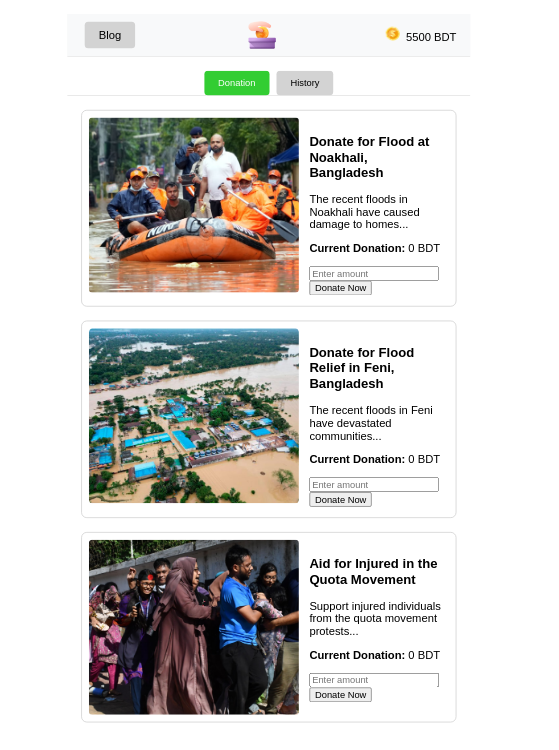
Repository: Aminul-Islam85/Assignment-5
Page: index.html
These files come from the project's save history. The page is drawn as it stood at one moment and after the next save; the edit follows.
The browser window is 768 px wide. The page is 768 px wide, then 798 px, so the pictures cover 798 px, including what lies to the right of the window. The pictures show the part of the page from y = 0 to 2240 px (the page is 1072 px tall before and 2709 px after), at 70% of full size.

Above is the page before, as saved 2024-12-06 20:34:17.

### index.html
<!DOCTYPE html>
<html lang="en">
<head>
  <meta charset="UTF-8">
  <meta name="viewport" content="width=device-width, initial-scale=1.0">
  <title>Donate Bangladesh</title>
  <link rel="stylesheet" href="style.css">
</head>
<div class="content-wrapper">
    <body>
        <header class="navbar">
          <a href="blog.html" class="tab-btn">Blog</a>
          <img src="images/logo.png" alt="Logo" class="logo">
          <div class="balance">
            <img src="images/coin.png" alt="Coin" class="icon">
            <span id="account-balance">5500 BDT</span>
          </div>
        </header>

        <main>
          <div class="tabs">
            <button class="tab-btn active" id="donation-tab">Donation</button>
            <button class="tab-btn" id="history-tab">History</button>
          </div>

          <section id="donation-section">
            <!-- Card 1 -->
            <div class="card">
              <img src="images/noakhali.png" alt="Noakhali" class="card-img">
              <div class="card-content">
                <h3>Donate for Flood at Noakhali, Bangladesh</h3>
                <p>The recent floods in Noakhali have caused damage to homes...</p>
                <p><strong>Current Donation:</strong> <span id="noakhali-donation">0 BDT</span></p>
                <input type="number" id="noakhali-input" placeholder="Enter amount">
                <button class="donate-btn" data-id="noakhali">Donate Now</button>
              </div>
            </div>

            <!-- Card 2 -->
            <div class="card">
              <img src="images/feni.png" alt="Feni" class="card-img">
              <div class="card-content">
                <h3>Donate for Flood Relief in Feni, Bangladesh</h3>
                <p>The recent floods in Feni have devastated communities...</p>
                <p><strong>Current Donation:</strong> <span id="feni-donation">0 BDT</span></p>
                <input type="number" id="feni-input" placeholder="Enter amount">
                <button class="donate-btn" data-id="feni">Donate Now</button>
              </div>
            </div>

            <!-- Card 3 -->
            <div class="card">
              <img src="images/quota-protest.png" alt="Quota Protest" class="card-img">
              <div class="card-content">
                <h3>Aid for Injured in the Quota Movement</h3>
                <p>Support injured individuals from the quota movement protests...</p>
                <p><strong>Current Donation:</strong> <span id="quota-donation">0 BDT</span></p>
                <input type="number" id="quota-input" placeholder="Enter amount">
                <button class="donate-btn" data-id="quota">Donate Now</button>
              </div>
            </div>
          </section>

          <section id="history-section" class="hidden">
            <ul id="history-list"></ul>
          </section>
        </main>

        <div id="modal" class="hidden">
          <div class="modal-content">
            <h2>Congrats!</h2>
            <p>You have donated for humankind successfully.</p>
            <button id="close-modal">Close</button>
          </div>
        </div>

        <script src="script.js" defer></script>
      </body>
</div>
</html>

### style.css
body {
    font-family: Arial, sans-serif;
    margin: 0;
    padding: 0;
  }

  .navbar {
    display: flex;
    justify-content: space-between;
    align-items: center;
    background: #f8f9fa;
    padding: 10px 20px;
    position: sticky;
    top: 0;
    z-index: 1000;
    border-bottom: 1px solid #ddd;
  }

  .logo {
    height: 40px;
  }

  .icon {
    height: 20px;
    margin-right: 5px;
  }

  .tabs {
    display: flex;
    justify-content: center;
    margin: 20px 0;
    position: sticky;
    top: 60px;
    z-index: 999;
    border-bottom: 1px solid #ddd;
  }

  .tab-btn {
    margin: 0 5px;
    padding: 10px 20px;
    border-radius: 5px;
    border: none;
    background: lightgray;
    color: black;
    text-align: center;
    text-decoration: none;
    display: inline-block;
    cursor: pointer;
  }

  .tab-btn:hover {
    background: limegreen;
    color: white;
  }


  .tab-btn.active {
    background: limegreen;
    color: white;
    border-radius: 5px;
  }

  .card {
    display: flex;
    margin: 20px;
    border: 1px solid #ccc;
    border-radius: 8px;
    overflow: hidden;
  }

  .card-img {
    width: 300px;
    height: 250px;
    border-radius: 5px;
    margin-top: 10px;
    margin-bottom: 10px;
    margin-left: 10px;
    object-fit: cover;
  }

  .card-content {
    padding: 15px;
    flex: 1;
  }

  .hidden {
    display: none !important;
  }

  .content-wrapper {
    width: 75%;
    margin: 0 auto;
    padding: 20px 0;
  }

  #modal {
    position: fixed;
    top: 0;
    left: 0;
    right: 0;
    bottom: 0;
    background: rgba(0, 0, 0, 0.5);
    display: flex;
    justify-content: center;
    align-items: center;
    z-index: 1000;
  }

  .modal-content {
    background: white;
    padding: 20px;
    text-align: center;
    border-radius: 8px;
    width: 50%;
  }

### script.js
let accountBalance = 5500;

document.getElementById('donation-tab').addEventListener('click', () => {
  toggleSection('donation');
});

document.getElementById('history-tab').addEventListener('click', () => {
  toggleSection('history');
});

document.querySelectorAll('.donate-btn').forEach(button => {
  button.addEventListener('click', () => {
    const id = button.getAttribute('data-id');
    const input = document.getElementById(`${id}-input`);
    const amount = parseInt(input.value);

    if (isNaN(amount) || amount <= 0) {
      alert('Invalid amount');
      return;
    }

    if (amount > accountBalance) {
      alert('Insufficient balance');
      return;
    }

    accountBalance -= amount;
    document.getElementById('account-balance').textContent = `${accountBalance} BDT`;

    const donation = document.getElementById(`${id}-donation`);
    const currentDonation = parseInt(donation.textContent) || 0;
    donation.textContent = `${currentDonation + amount} BDT`;

    addToHistory(amount, id);

    input.value = '';
    showModal();
  });
});

document.getElementById('close-modal').addEventListener('click', () => {
  const modal = document.getElementById('modal');
  modal.classList.add('hidden');
});

function toggleSection(section) {
  document.getElementById('donation-section').classList.toggle('hidden', section !== 'donation');
  document.getElementById('history-section').classList.toggle('hidden', section !== 'history');
  document.querySelectorAll('.tab-btn').forEach(btn => btn.classList.toggle('active', btn.id.includes(section)));
}

function addToHistory(amount, id) {
  const history = document.getElementById('history-list');
  const item = document.createElement('li');
  const now = new Date();
  const donationName =
    id === 'noakhali' ? 'Flood at Noakhali' :
    id === 'feni' ? 'Flood Relief in Feni' :
    'Aid for Quota Movement';
  item.textContent = `${amount} BDT donated to ${donationName} on ${now.toLocaleString()}`;
  history.appendChild(item);
}

function showModal() {
  document.getElementById('modal').classList.remove('hidden');
}

After the next save:
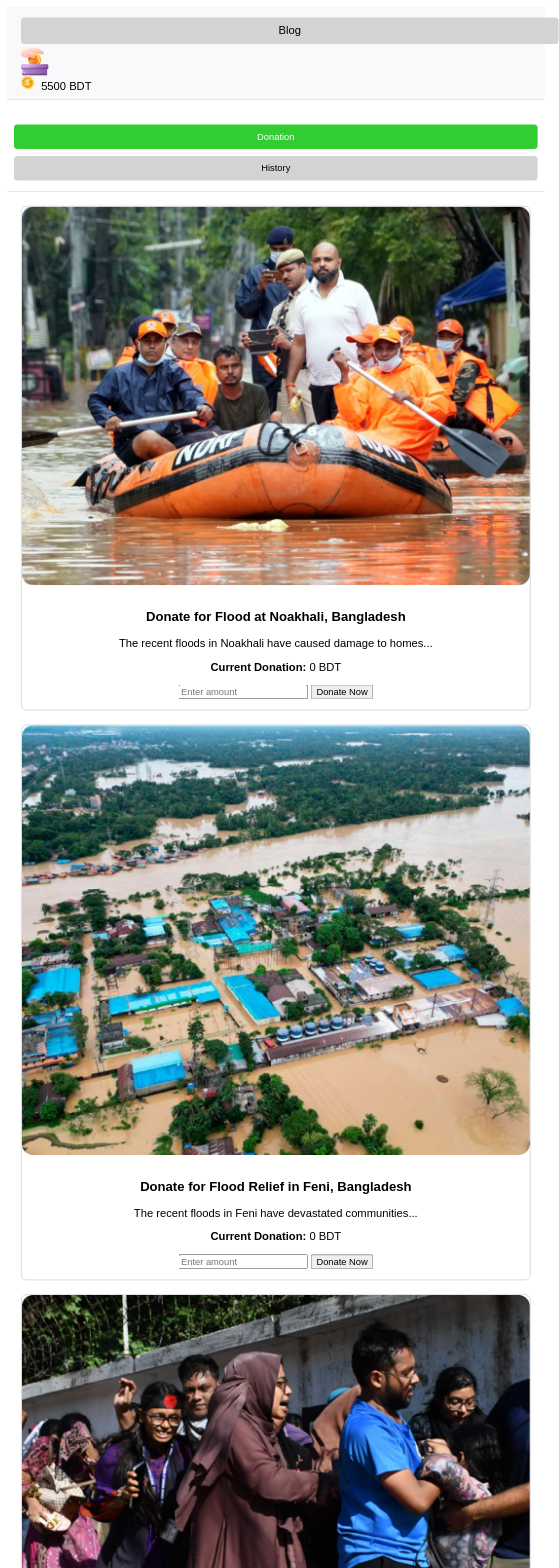
Saved 82 s later.
--- a/style.css
+++ b/style.css
@@ -52,7 +52,6 @@ body {
     background: limegreen;
     color: white;
   }
-
 
   .tab-btn.active {
     background: limegreen;
@@ -113,3 +112,61 @@ body {
     border-radius: 8px;
     width: 50%;
   }
+
+  /* Responsive Design */
+
+  /* For tablets and smaller devices */
+  @media (max-width: 1024px) {
+    .content-wrapper {
+      width: 90%; /* Narrow the content wrapper */
+    }
+
+    .card-img {
+      width: 250px;
+      height: 200px;
+    }
+  }
+
+  /* For mobile devices (landscape and portrait) */
+  @media (max-width: 768px) {
+    .navbar {
+      flex-direction: column; /* Stack navbar items */
+      align-items: flex-start;
+    }
+
+    .tabs {
+      flex-direction: column; /* Stack tabs vertically */
+      align-items: flex-start;
+      padding: 10px;
+    }
+
+    .content-wrapper {
+      width: 100%; /* Full width for mobile screens */
+      padding: 10px;
+    }
+
+    .card {
+      flex-direction: column; /* Stack card content vertically */
+      align-items: center;
+    }
+
+    .card-img {
+      width: 100%; /* Full width for mobile screens */
+      height: auto; /* Adjust height proportionally */
+      margin: 0;
+    }
+
+    .card-content {
+      padding: 15px;
+      text-align: center; /* Center-align text for mobile */
+    }
+
+    .modal-content {
+      width: 90%; /* Wider modal for smaller screens */
+    }
+
+    .tab-btn {
+      width: 100%; /* Full width buttons */
+      margin: 5px 0; /* Add spacing between buttons */
+    }
+  }
